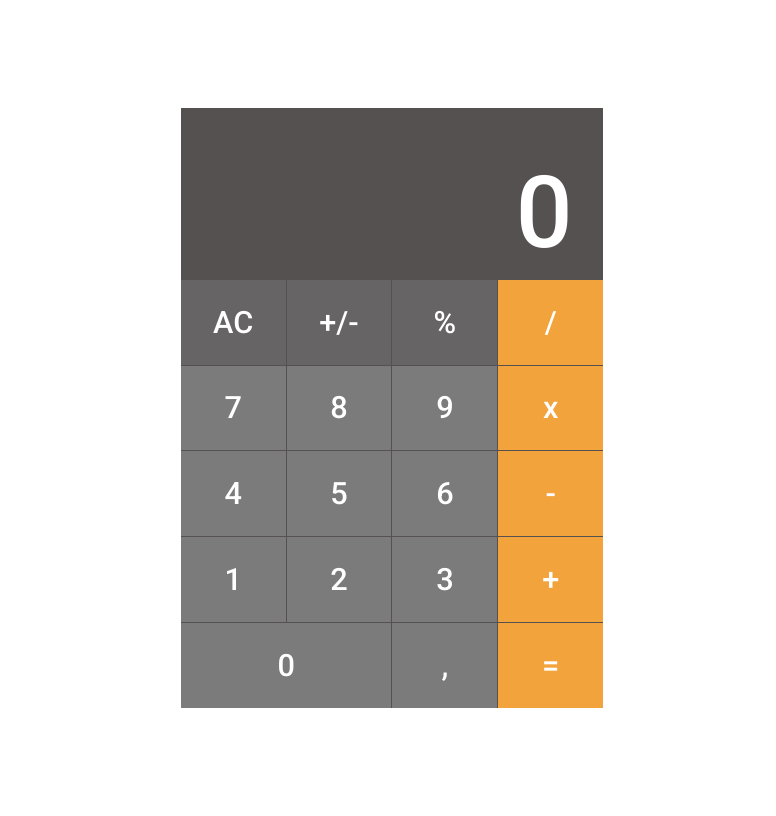
Repository: maciekto/calculatorOOP
Page: index.html
These files come from the project's save history. The page is drawn as it stood at one moment and after the next save; the edit follows.
The browser window is 768 px wide. The page is 776 px wide, so the pictures cover 776 px, including what lies to the right of the window. The pictures show the whole page.

Above is the page before, as saved 2022-07-06 17:22:18.

### index.html
<!DOCTYPE html>
<html lang="en">
<head>
    <meta charset="UTF-8">
    <meta http-equiv="X-UA-Compatible" content="IE=edge">
    <meta name="viewport" content="width=device-width, initial-scale=1.0">
    <title>Document</title>
    <link rel="stylesheet" href="css.css">


</head>
<body>
    <main>
        <div class="Calc">
            <div class="Calc__result">0</div>

            <div class="Calc__reset">
                AC
            </div>
            <div class="Calc__opposite">
                +/-
            </div>
            <div class="Calc__percentages">
                %
            </div>
            <div class="Calc__divide">
                /
            </div>

            <div class="Calc__7">7</div>
            <div class="Calc__8">8</div>
            <div class="Calc__9">9</div>
            <div class="Calc__multiply">
                x
            </div>

            <div class="Calc__4">4</div>
            <div class="Calc__5">5</div>
            <div class="Calc__6">6</div>
            <div class="Calc__substraction">
                -
            </div>

            <div class="Calc__1">1</div>
            <div class="Calc__2">2</div>
            <div class="Calc__3">3</div>
            <div class="Calc__addition">
                +
            </div>

            <div class="Calc__0">0</div>
            <div class="Calc__comma">,</div>
            <div class="Calc__isequal">
                =
            </div>

        </div>
    </main>

    <script src="js.js"></script>
</body>
</html>

### css.css
@import url('https://fonts.googleapis.com/css2?family=Roboto:wght@400;500;700&display=swap');

* {
    font-family: 'Roboto', sans-serif;
    font-weight: 500;
    box-sizing: border-box;
}

main {
    width: 100vw;
    height: 100vh;
    display: grid;
    place-items: center;
}

.Calc {
    max-width: 440px;
    width: 55vw;
    height: 80vw;
    max-height: 600px;
    background: #545150;
    color: white;
    display: grid;
    grid-template-columns: repeat(4, 1fr);
    grid-template-rows: repeat(7, 1fr);
    grid-template-areas:
    "result result result result"
    "result result result result"
    "reset opposite percentages divide"
    "seven eight nine multiply"
    "four five six substraction"
    "one two three addition"
    "zero zero comma isequal"
    ;
    grid-gap: 1px;
    font-size: 4vw;
}
.Calc div {
    display: grid;
    place-items: center;
    background: #7b7b7c;
    cursor: pointer;
}
.Calc__result {
    padding: 0 4vw 1vw 0;
    font-size: 10vw;
    grid-area: result;
    background: #545150 !important;
    place-items: end end !important;
}
.Calc__reset {
    background: #666464 !important;
}
.Calc__opposite {
    background: #666464 !important;
}
.Calc__percentages {
    background: #666464 !important;
}
.Calc__divide {
    background: #f2a33c !important;
}
.Calc__multiply {
    background: #f2a33c !important;
}
.Calc__substraction {
    background: #f2a33c !important;
}
.Calc__addition {
    background: #f2a33c !important;
}
.Calc__isequal {
    background: #f2a33c !important;
}


.Calc__0 {
    grid-area: zero;
}

@media (max-width: 800px) {
    .Calc__result {
        font-size: 100px;
    }
}

### js.js
console.log('siemano')

After the next save:
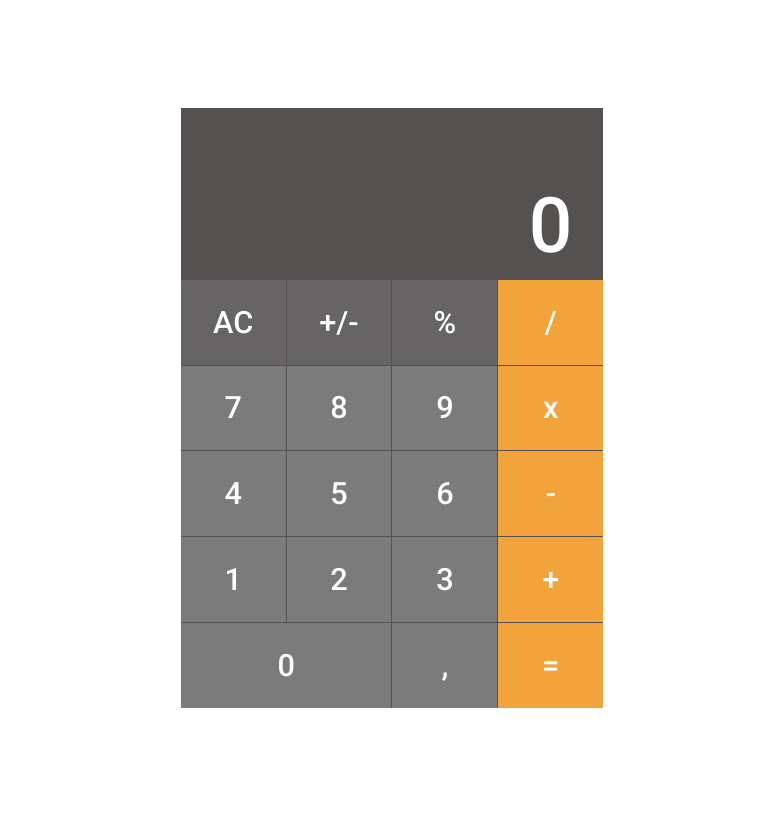
Saved 4 s later.
--- a/css.css
+++ b/css.css
@@ -79,7 +79,5 @@ main {
 }
 
 @media (max-width: 800px) {
-    .Calc__result {
-        font-size: 100px;
-    }
+
 }
